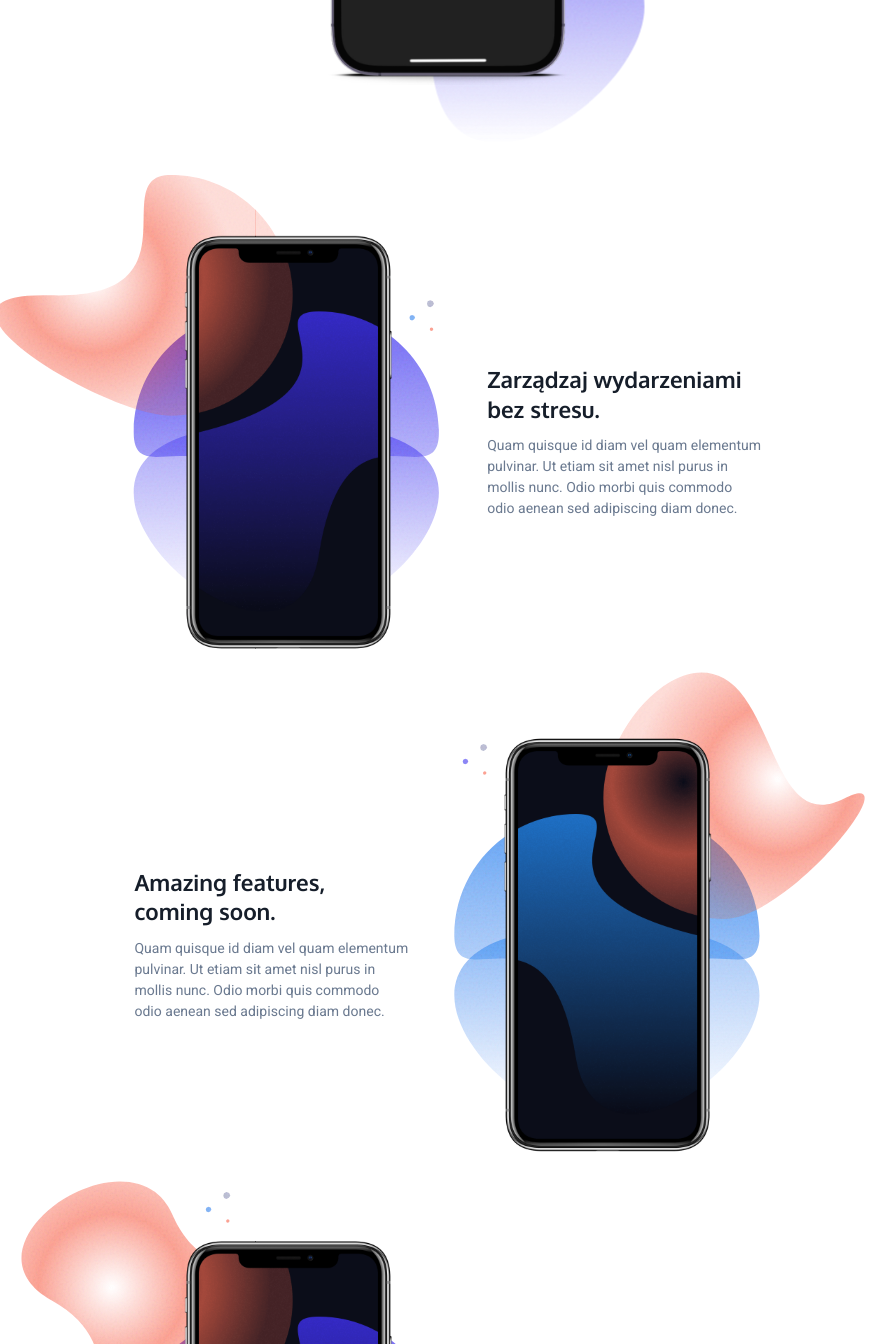
Repository: WieczorS/EventAppLandingPage
Page: index.html
These files come from the project's save history. The page is drawn as it stood at one moment and after the next save; the edit follows.
The browser window is 1280 px wide. The pictures show the part of the page from y = 927 to 2847 px (the page is 4352 px tall before and 4354 px after), at 70% of full size.

Above is the page before, as saved 2023-07-03 22:49:10.

After the next save:
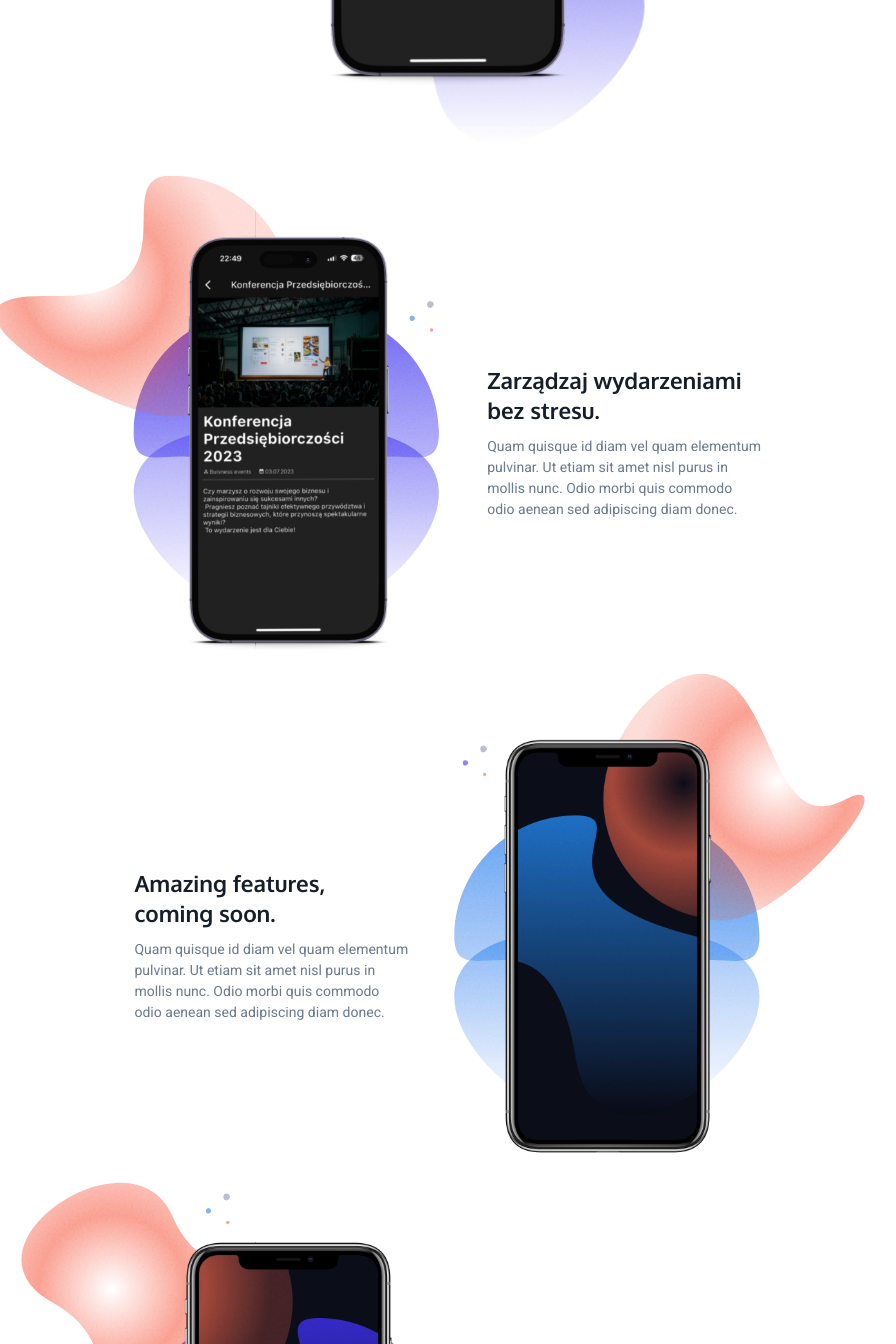
Saved 4 min 32 s later.
--- a/index.html
+++ b/index.html
@@ -59,7 +59,7 @@
 									<div class="mockup-bg">
 										<img src="dist/images/iphone-feature-bg-01.svg" alt="iPhone Feature 01 illustration">
 									</div>
-									<img class="device-mockup is-revealing" src="dist/images/iphone-feature-01.png" alt="iPhone Feature 01">
+									<img class="device-mockup is-revealing" src="dist/images/2.png" alt="iPhone Feature 01">
 								</div>
 								<div class="feature-extended-body is-revealing">
 									<h3 class="mt-0 mb-16">Zarządzaj wydarzeniami bez stresu.</h3>
